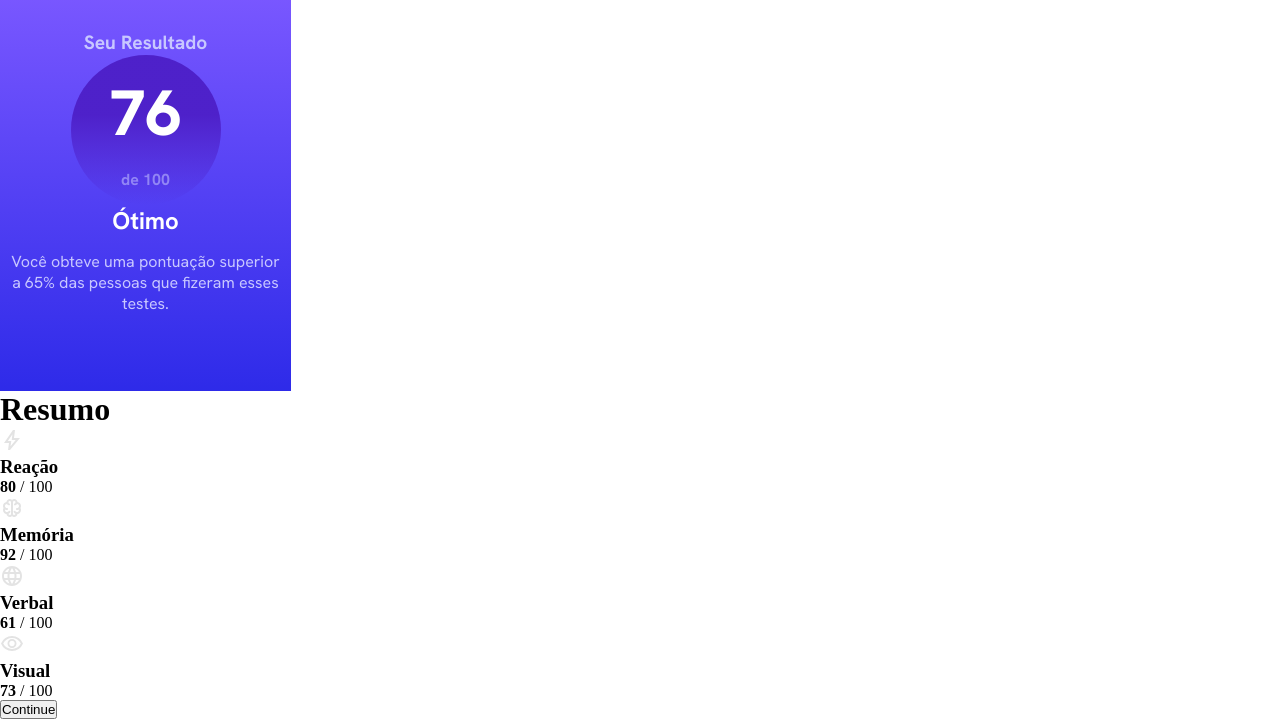
Repository: caique2512/resumo-de-resultados
Page: index.html
The author's editor kept a copy of each file at every save. The page is drawn from the files as they stood at one save, then again after the next save.
The browser window is 1280 px wide. The pictures show the whole page.

Above is the page before, as saved 2026-03-09 16:56:12.

### index.html
<!DOCTYPE html>
<html lang="pt-br">
<head>
    <meta charset="UTF-8">
    <meta name="viewport" content="width=device-width, initial-scale=1.0">
    <title>Resumo de Resultados</title>
    <link rel="stylesheet" href="src/css/estilos.css">
    <link rel="stylesheet" href="src/css/reset.css">
</head>
<body>
    <main class="conteudo">
        <div class="principal">
            <h1 class="titulo">Seu Resultado</h1>
            <div class="circulo">
                <h2>76</h2>
                <p>de 100</p>
            </div>
            <h2>Ótimo</h2>
            <p class="subtitle">Você obteve uma pontuação superior a 65% das pessoas que fizeram esses testes.</p>
        </div>
        <div>
            <h1 class="titulo1">Resumo</h1>
            <div class="classes">
                <div class="resumo1">
                    <img src="./src/images/raio.svg" alt="Raio">
                    <h3>Reação</h3>
                    <p><strong>80</strong> / 100</p>
                </div>
                <div class="resumo2">
                    <img src="./src/images/memoria.svg" alt="Memória">
                    <h3>Memória</h3>
                    <p><strong>92</strong> / 100</p>
                </div>
                <div class="resumo3">
                    <img src="./src/images/mensagem.svg" alt="Mensagem">
                    <h3>Verbal</h3>
                    <p><strong>61</strong> / 100</p>
                </div>
                <div class="resumo4">
                    <img src="./src/images/olho.svg" alt="olho">
                    <h3>Visual</h3>
                    <p><strong>73</strong> / 100</p>
                </div>
            </div>
            <button class="btn-resumo">Continue</button>
        </div>
    </main>
</body>
</html>

### src/css/estilos.css
@import url('https://fonts.googleapis.com/css2?family=Hanken+Grotesk:ital,wght@0,100..900;1,100..900&display=swap');


.principal {
    background: linear-gradient(hsl(252, 100%, 67%), hsl(241, 81%, 54%));
    width: 291px;
    height: 391px;
    display: flex;
    flex-direction: column;
    align-items: center;
}

.titulo {
    color: hsl(241, 100%, 89%);
    font-family: "Hanken Grotesk";
    margin-top: 30px;
    font-size: 1.2rem;
}

.circulo {
    background: linear-gradient(hsla(256, 72%, 46%, 1) 40%, hsla(241, 72%, 46%, 0));
    width: 150px;
    height: 150px;
    border-radius: 50%;
    display: flex;
    align-items: center;
    justify-content: center;
    flex-direction: column;
}

.circulo h2 {
    font-size: 4rem;
    font-family: "Hanken Grotesk";
    font-weight: 800;
    color: hsl(0, 0%, 100%);
}

.circulo p {
    color: hsla(241, 100%, 89%, 0.538);
    font-family: "Hanken Grotesk";
    font-weight: 700;
}

.principal h2 {
    color: white;
    font-family: "Hanken Grotesk";
    margin-bottom: 15px;
}

.principal .subtitle {
    color: hsl(241, 100%, 89%);
    font-family: "Hanken Grotesk";
    width: 270px;
    display: flex;
    text-align: center;
    margin-bottom: 50px;
}

Loaded but not shown: src/css/reset.css (common file)

After the next save:
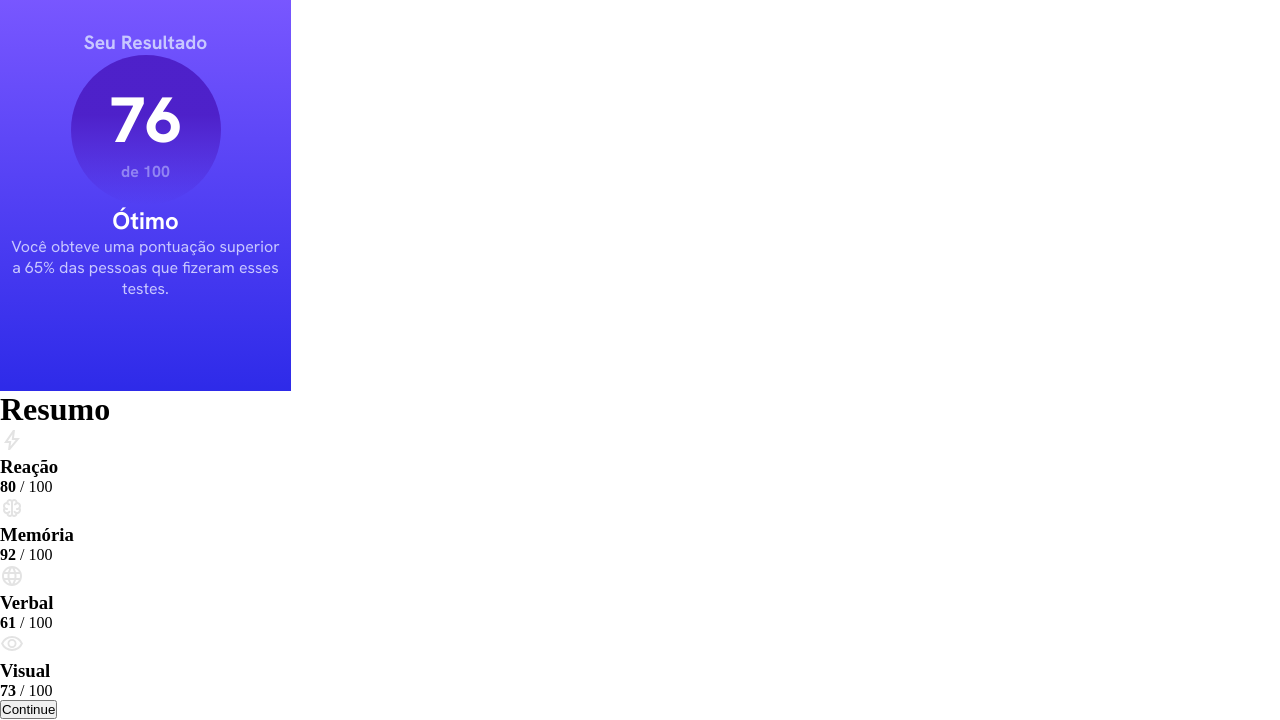
Saved 3 min 7 s later.
--- a/src/css/estilos.css
+++ b/src/css/estilos.css
@@ -44,7 +44,7 @@
 .principal h2 {
     color: white;
     font-family: "Hanken Grotesk";
-    margin-bottom: 15px;
+
 }
 
 .principal .subtitle {

After the save that followed:
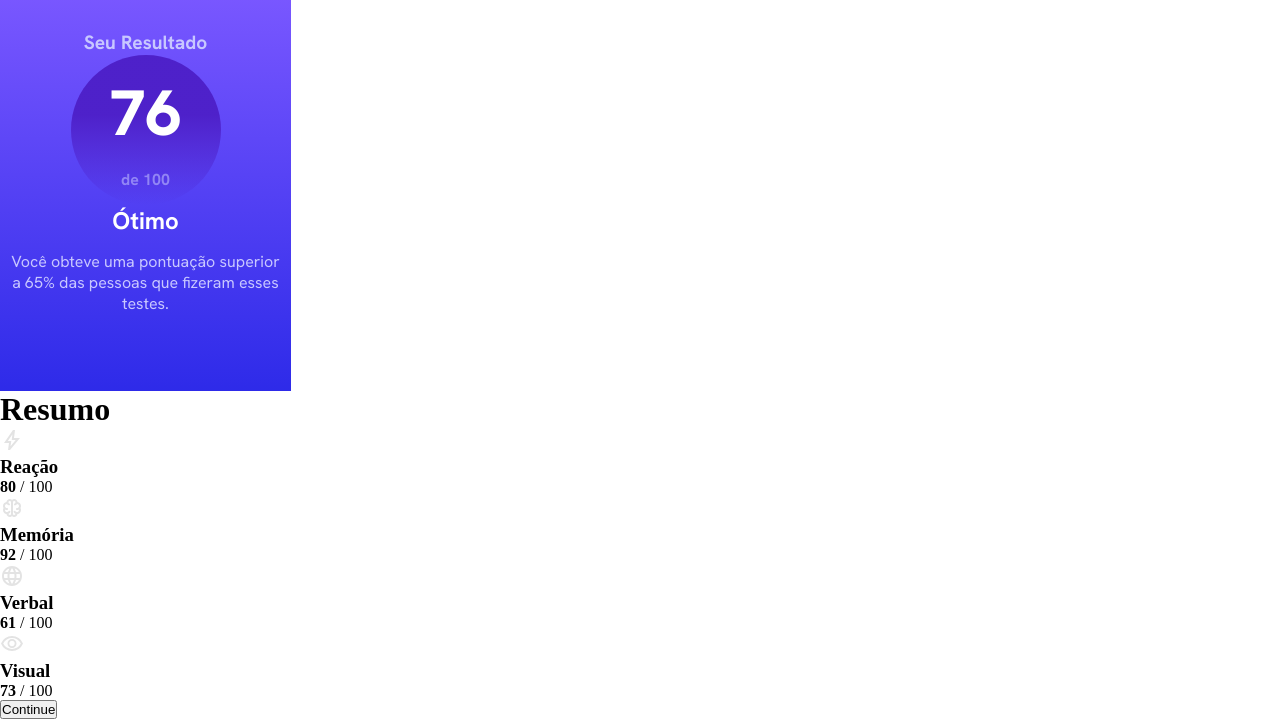
Saved 8 s later.
--- a/src/css/estilos.css
+++ b/src/css/estilos.css
@@ -44,7 +44,7 @@
 .principal h2 {
     color: white;
     font-family: "Hanken Grotesk";
-
+    margin-bottom: 15px;
 }
 
 .principal .subtitle {
